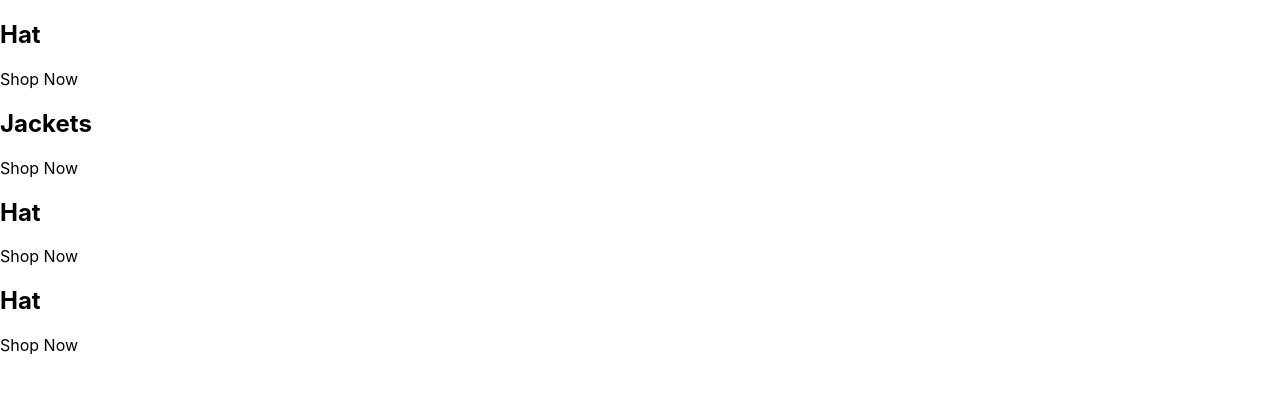
Repository: minhtien9/clothing
Page: /sign-in
An editor plug-in stored every save of this project. The page is shown before and after the next save, followed by the edit.
The browser window is 1280 px wide. The pictures show the whole page.
The project was rebuilt for these pictures with package versions that can differ from the ones it lists, and the page was loaded fresh each time. Also part of the build but not shown: src/App.css.

Above is the page before, as saved 2022-07-29 14:24:47.

### src/App.js
import logo from "./logo.svg";
import "./App.css";

function App() {
    return (
        <div className='categories-container'>
            <div className='category-container'>{/* img */}</div>
            <div className='category-body-container'>
                <h2>Hat</h2>
                <p>Shop Now</p>
            </div>
            <div className='category-container'>{/* img */}</div>
            <div className='category-body-container'>
                <h2>Jackets</h2>
                <p>Shop Now</p>
            </div>
            <div className='category-container'>{/* img */}</div>
            <div className='category-body-container'>
                <h2>Hat</h2>
                <p>Shop Now</p>
            </div>
            <div className='category-container'>{/* img */}</div>
            <div className='category-body-container'>
                <h2>Hat</h2>
                <p>Shop Now</p>
            </div>
        </div>
    );
}

export default App;

Loaded but not shown: public/index.html (common file); src/index.js (common file); src/index.css (common file); src/reportWebVitals.js (common file)

After the next save:
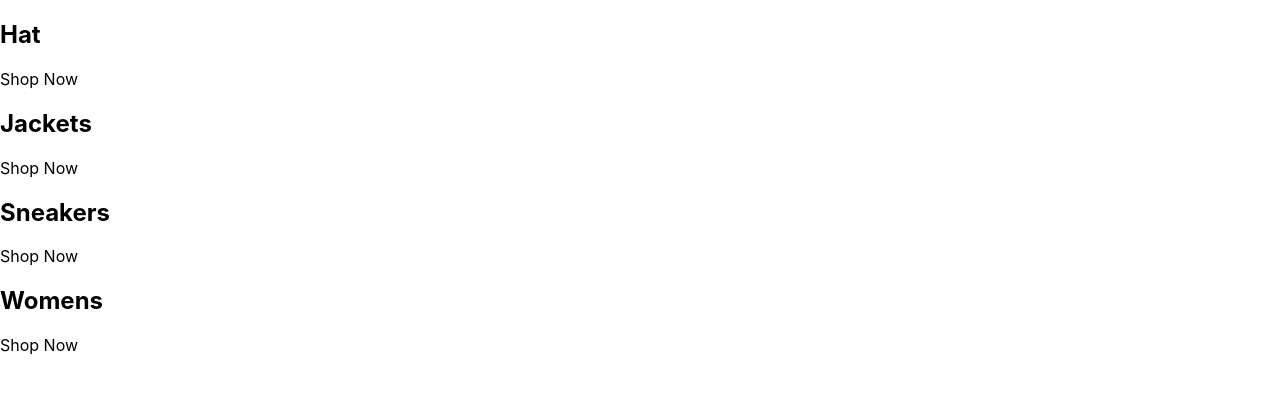
Saved 27 s later.
--- a/src/App.js
+++ b/src/App.js
@@ -16,12 +16,12 @@
             </div>
             <div className='category-container'>{/* img */}</div>
             <div className='category-body-container'>
-                <h2>Hat</h2>
+                <h2>Sneakers</h2>
                 <p>Shop Now</p>
             </div>
             <div className='category-container'>{/* img */}</div>
             <div className='category-body-container'>
-                <h2>Hat</h2>
+                <h2>Womens</h2>
                 <p>Shop Now</p>
             </div>
         </div>
